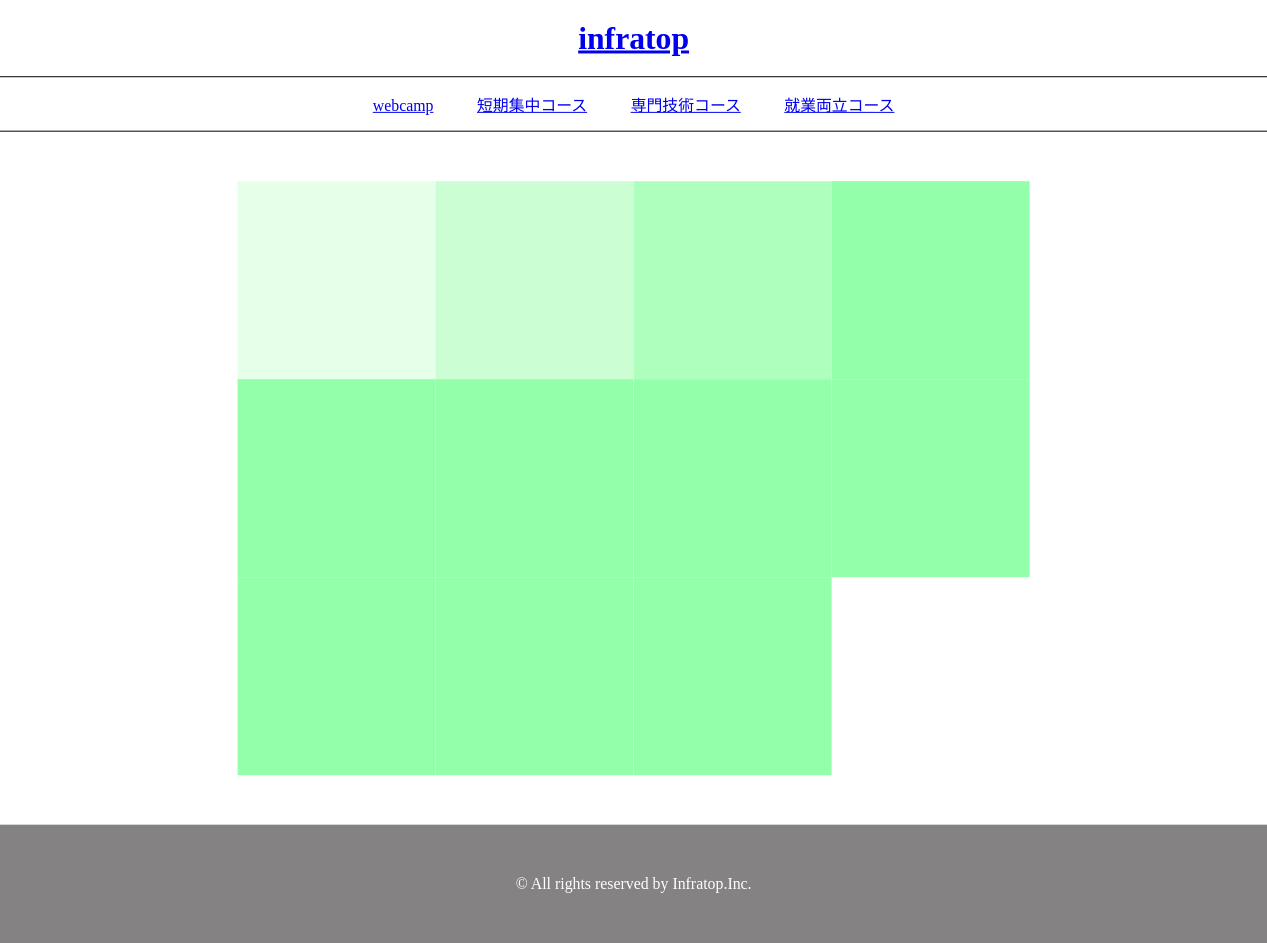
Repository: nyaaaaaaaaaaaaaa/chapter9-2
Page: chapter5/index.html
The author's editor kept a record of every edit. The page is drawn from the files as they stood at one moment, then again after the next edit.
The browser window is 1280 px wide. The pictures show the whole page, at 99% of full size.

Above is the page before.

After the next edit:
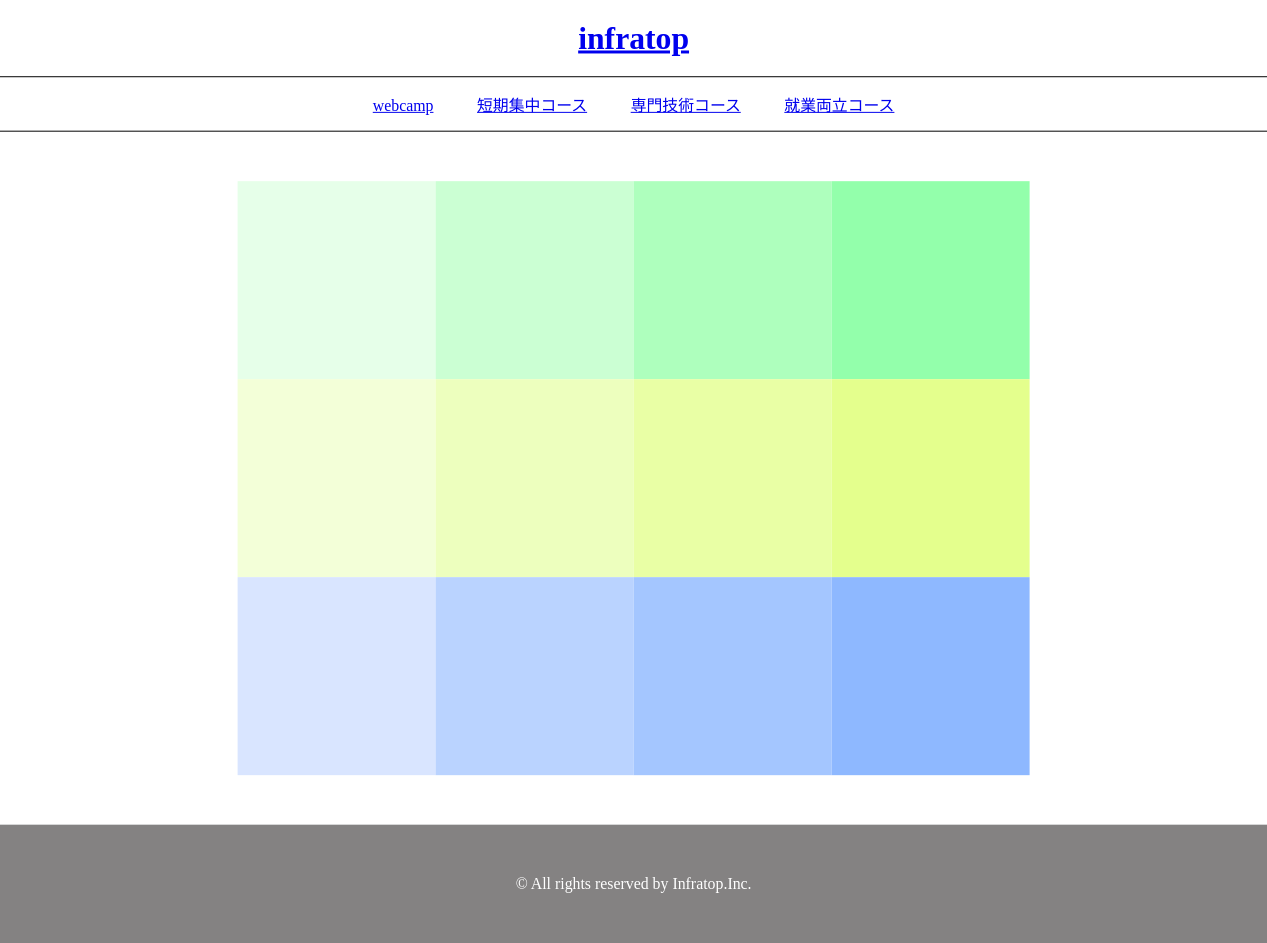
The edit:
--- a/chapter5/index.html
+++ b/chapter5/index.html
@@ -41,13 +41,14 @@
       <div class="box2"></div>
       <div class="box3"></div>
       <div class="box4"></div>
-      <div class="box4"></div>
-      <div class="box4"></div>
-      <div class="box4"></div>
-      <div class="box4"></div>
-      <div class="box4"></div>
-      <div class="box4"></div>
-      <div class="box4"></div>
+      <div class="box5"></div>
+      <div class="box6"></div>
+      <div class="box7"></div>
+      <div class="box8"></div>
+      <div class="box9"></div>
+      <div class="box10"></div>
+      <div class="box11"></div>
+      <div class="box12"></div>
     </dic>
 
     <footer>
